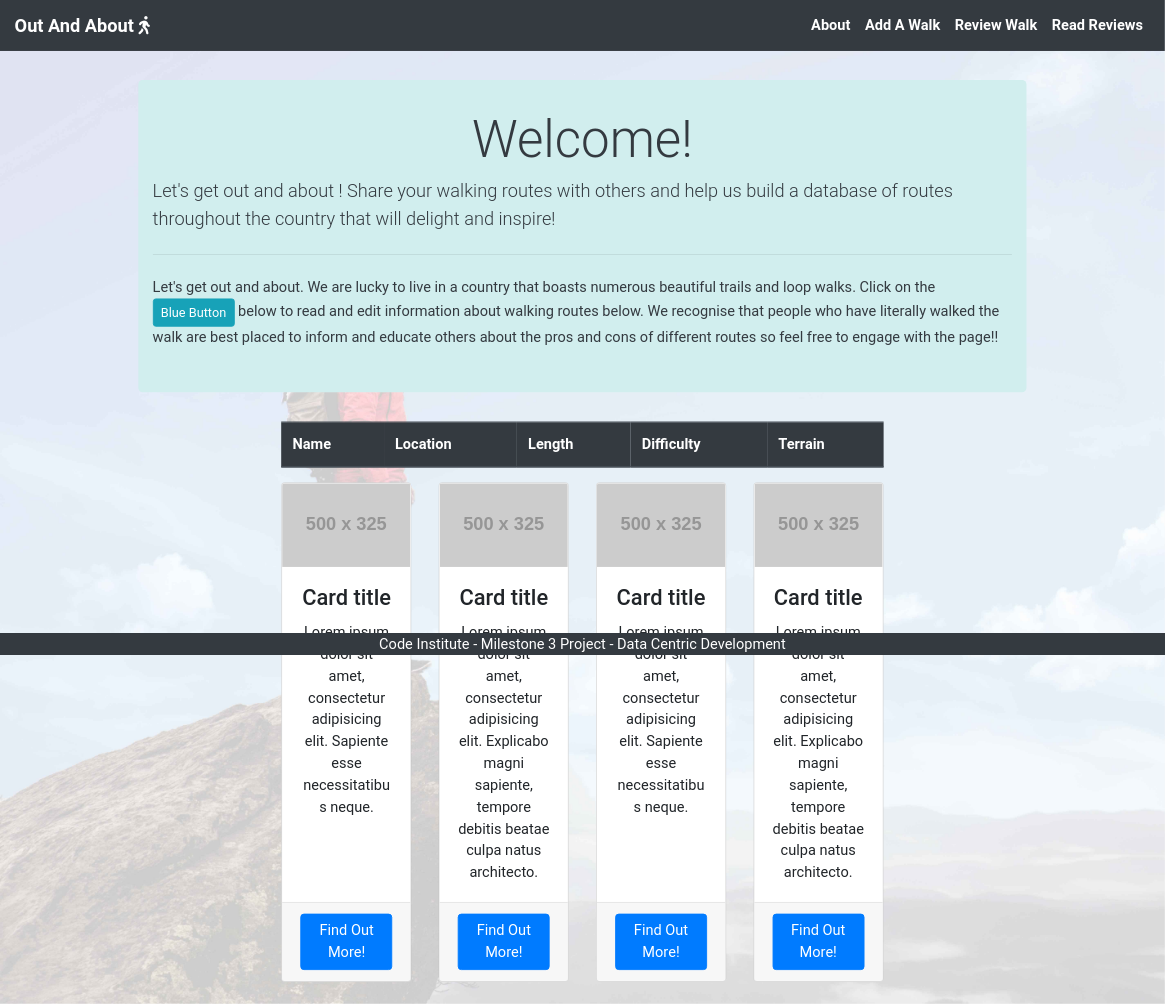
Repository: 5803emma/days-of-walking
Page: http://localhost/
The author's editor kept a record of every edit. The page is drawn from the files as they stood at one moment, then again after the next edit.
The browser window is 1280 px wide. The pictures show the whole page, at 91% of full size.
Some web libraries are served in a nearby version. The page is served by the project's application, run on Flask 3 (app.py). Queries for data that is not in the repository find no rows.

Above is the page before.

### templates/home.html
{% extends 'base.html'%} {% block content %}

<div class="container-fluid">

 <div class="row-welcome justify-content-center">
  <div class="col-12 text-dark">
   <div class="jumbotron">
    <h1 class="display-4">Welcome!</h1>
    <p class="lead">Let's get out and about ! Share your walking routes with others and help us build a database of routes throughout the country that will delight and inspire!</p>
    <hr class="my-4">
    <p>Let's get out and about. We are lucky to live in a country that boasts numerous beautiful trails and loop walks. Click on the <button type="button" class="btn btn-info btn-sm">Blue Button</button> below to read and edit information about walking routes below. We recognise that people who have literally walked the walk are best placed to inform and educate others about the pros and cons of different routes so feel free to engage with the page!!</p>
   </div>
  </div>
 </div>

 <div class="row justify-content-center">
  <div class="col-12 col-md-8 table-responsive table-data">
   <table class="table table-hover">
    <thead class="thead-dark">
     <tr>
      <th scope="col">Name</th>
      <th scope="col">Location</th>
      <th scope="col">Length</th>
      <th scope="col">Difficulty</th>
      <th scope="col">Terrain</th>
     </tr>
    </thead>
    <tbody>

     {% for walk in walks %}
     <tr>
      <td><a class="btn btn-info btn-sm" href="{{url_for('edit_walk', walk_id=walk._id)}}" role="button">{{walk.walk_name}}</a></td>
      <td>{{walk.walk_location}}</td>
      <td>{{walk.walk_length}}</td>
      <td>{{walk.walk_difficulty}}</td>
      <td>{{walk.walk_terrain}}</td>
     </tr>
     {% endfor %}
    </tbody>
   </table>

   <!-- Page Features -->
   <div class="row text-center">

    <div class="col-lg-3 col-md-6 mb-4">
     <div class="card h-100">
      <img class="card-img-top" src="http://placehold.it/500x325" alt="">
      <div class="card-body">
       <h4 class="card-title">Card title</h4>
       <p class="card-text">Lorem ipsum dolor sit amet, consectetur adipisicing elit. Sapiente esse necessitatibus neque.</p>
      </div>
      <div class="card-footer">
       <a href="#" class="btn btn-primary">Find Out More!</a>
      </div>
     </div>
    </div>

    <div class="col-lg-3 col-md-6 mb-4">
     <div class="card h-100">
      <img class="card-img-top" src="http://placehold.it/500x325" alt="">
      <div class="card-body">
       <h4 class="card-title">Card title</h4>
       <p class="card-text">Lorem ipsum dolor sit amet, consectetur adipisicing elit. Explicabo magni sapiente, tempore debitis beatae culpa natus architecto.</p>
      </div>
      <div class="card-footer">
       <a href="#" class="btn btn-primary">Find Out More!</a>
      </div>
     </div>
    </div>

    <div class="col-lg-3 col-md-6 mb-4">
     <div class="card h-100">
      <img class="card-img-top" src="http://placehold.it/500x325" alt="">
      <div class="card-body">
       <h4 class="card-title">Card title</h4>
       <p class="card-text">Lorem ipsum dolor sit amet, consectetur adipisicing elit. Sapiente esse necessitatibus neque.</p>
      </div>
      <div class="card-footer">
       <a href="#" class="btn btn-primary">Find Out More!</a>
      </div>
     </div>
    </div>

    <div class="col-lg-3 col-md-6 mb-4">
     <div class="card h-100">
      <img class="card-img-top" src="http://placehold.it/500x325" alt="">
      <div class="card-body">
       <h4 class="card-title">Card title</h4>
       <p class="card-text">Lorem ipsum dolor sit amet, consectetur adipisicing elit. Explicabo magni sapiente, tempore debitis beatae culpa natus architecto.</p>
      </div>
      <div class="card-footer">
       <a href="#" class="btn btn-primary">Find Out More!</a>
      </div>
     </div>
    </div>

   </div>
   <!-- /.row -->

  </div>
  {% endblock %}

### templates/base.html
<!DOCTYPE html>
<html>

<head>
    <link rel="stylesheet" href="https://stackpath.bootstrapcdn.com/bootstrap/4.4.1/css/bootstrap.min.css">
    <link rel="stylesheet" href="https://cdnjs.cloudflare.com/ajax/libs/font-awesome/5.12.0/css/all.min.css" />
    <link rel="stylesheet" href="{{ url_for('static', filename='css/style.css') }}" type="text/css" />
</head>

<body>
    <header>
        <nav class="navbar navbar-expand-md navbar-dark bg-dark home-logo-text">
            <a class="navbar-brand" href="{{url_for('get_walks')}}">Out And About <i
                    class="fas fa-walking"></i></a>
            <button class="navbar-toggler" type="button" data-toggle="collapse" data-target="#navbarNavAltMarkup" aria-controls="navbarNavAltMarkup" aria-expanded="false" aria-label="Toggle navigation">
                <span class="navbar-toggler-icon"></span>
            </button>
            <div class="collapse navbar-collapse" id="navbarNavAltMarkup">
                <div class="navbar-nav ml-auto">
                    <a class="nav-item nav-link" href="{{url_for('about')}}">About</a>
                    <a class="nav-item nav-link" href="{{url_for('add_new_walk')}}">Add A Walk</a>
                    <a class="nav-item nav-link" href="{{url_for('walk_review')}}">Review Walk</a>
                     <a class="nav-item nav-link" href="{{url_for('read_review')}}">Read Reviews</a>
                </div>
            </div>

        </nav>
    </header>

    <!-- Container for injected templates -->
    <div class="container-fluid">
        <div class="row justify-content-center">
            <div class="col-12 col-md-10 template-col">

    {% block content %} {% endblock %}

 <!-- Footer -->
  <footer class="bg-dark fixed-bottom">
    <div class="container-fluid">
      <p class="m-0 text-center text-white">Code Institute - Milestone 3 Project - Data Centric Development</p>
    </div>
    <!-- /.container -->
  </footer>

    <script src="https://code.jquery.com/jquery-3.4.1.slim.min.js"></script>
    <script src="https://cdn.jsdelivr.net/npm/popper.js@1.16.0/dist/umd/popper.min.js"></script>
    <script src="https://stackpath.bootstrapcdn.com/bootstrap/4.4.1/js/bootstrap.min.js"></script>
</body>

</html>

### app.py
import os
from flask import Flask, render_template, redirect, request, url_for
from flask_pymongo import PyMongo
from bson.objectid import ObjectId

app = Flask(__name__)

app.config["MONGO_DBNAME"] = 'walking_app'
app.config["MONGO_URI"] = 'mongodb+srv://root:johnbell@myfirstcluster-20lqh.mongodb.net/walking_app?retryWrites=true&w=majority'

mongo = PyMongo(app)

@app.route("/")
@app.route("/get_walks")
def get_walks():
    return render_template("home.html", walks=mongo.db.walks.find())

@app.route("/about")
def about():
    return render_template("about.html")


@app.route("/add_new_walk")
def add_new_walk():
    return render_template("add_walk.html")


@app.route("/insert_walk", methods=['POST'])
def insert_walk():
    walk = mongo.db.walks
    walk.insert_one(request.form.to_dict())
    return redirect(url_for('get_walks'))

# Update Information About Walk

@app.route("/edit_walk/<walk_id>")
def edit_walk(walk_id):
    the_walk = mongo.db.walks.find_one({"_id": ObjectId(walk_id)})
    return render_template("update_walk.html", walk=the_walk)

@app.route("/update_walk/<walk_id>", methods=["POST"])
def update_walk(walk_id):
    walk = mongo.db.walks
    walk.update({'_id': ObjectId(walk_id)}, {
        'walk_name' : request.form.get('walk_name'),
        'walk_location' : request.form.get('walk_location'),
        'walk_length' : request.form.get('walk_length'),
        'walk_difficulty' : request.form.get('walk_difficulty'),
        'walk_terrain' : request.form.get('walk_terrain')
    })
    return redirect(url_for('get_walks'))

# Delete Option

@app.route("/delete_walk/<walk_id>")
def delete_walk(walk_id):
    mongo.db.walks.remove({'_id': ObjectId(walk_id)})
    return redirect(url_for('get_walks'))

@app.route("/leave_review")
def walk_review():
    return render_template("walk_review.html", walks=mongo.db.walks.find())

# Sends the data that the user inserts to the database

@app.route("/walk_review", methods=['POST'])
def insert_review():
    review = mongo.db.reviews
    review.insert_one(request.form.to_dict())
    return redirect(url_for('walk_review'))


@app.route("/read_review")
def read_review():
    return render_template("read_reviews.html", reviews=mongo.db.reviews.find())

if __name__ == "__main__":
    app.run(host=os.environ.get("IP"),
    port=int(os.environ.get("PORT")),
    debug=True)

### static/css/style.css
body {
  background-image: url(../images/bg-image.jpg);
  background-color: #FAFAFA;
  background-repeat: no-repeat;
  background-size: cover;
  font-family: 'Roboto', sans-serif;
}

.navbar-dark .navbar-brand {
    color: #fff;
    font-weight: bold;
}

.navbar-dark .navbar-nav .nav-link {
    color: #fff;
    font-weight: bold;
}

h1, h2 {
  text-align: center;
}

.jumbotron {
    margin-top: 2rem;
    padding: 2rem 1rem;
    margin-bottom: 2rem;
    background-color: #D1EEEE;
    border-radius: .3rem;
}

After the next edit:
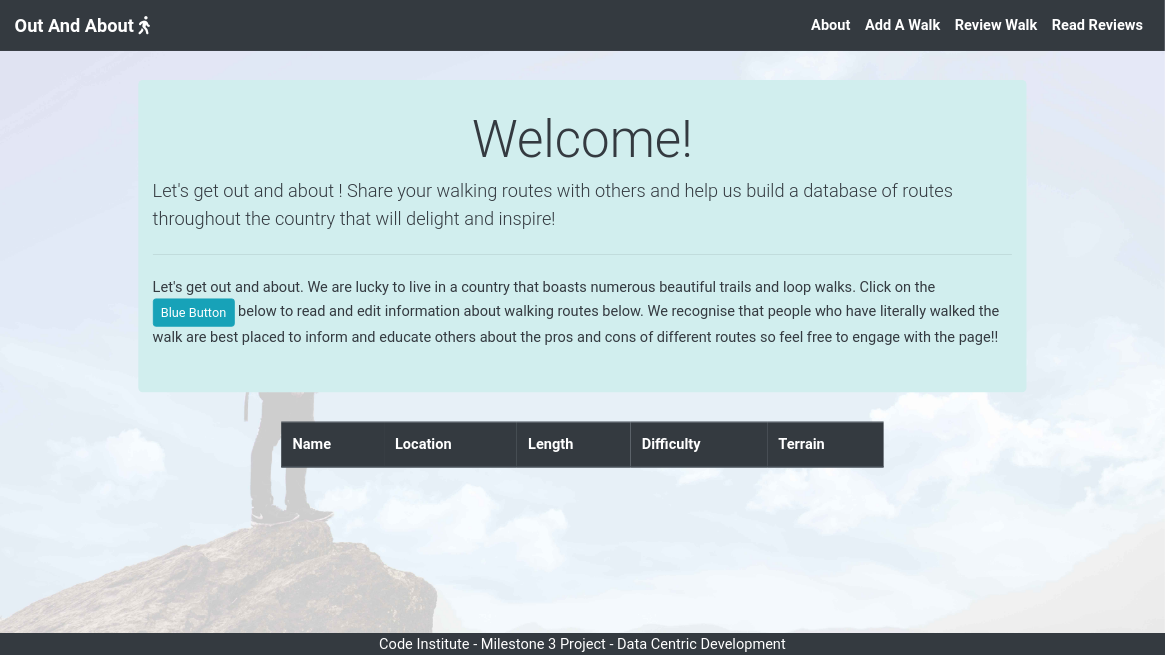
The edit:
--- a/templates/home.html
+++ b/templates/home.html
@@ -39,63 +39,6 @@
     </tbody>
    </table>
 
-   <!-- Page Features -->
-   <div class="row text-center">
-
-    <div class="col-lg-3 col-md-6 mb-4">
-     <div class="card h-100">
-      <img class="card-img-top" src="http://placehold.it/500x325" alt="">
-      <div class="card-body">
-       <h4 class="card-title">Card title</h4>
-       <p class="card-text">Lorem ipsum dolor sit amet, consectetur adipisicing elit. Sapiente esse necessitatibus neque.</p>
-      </div>
-      <div class="card-footer">
-       <a href="#" class="btn btn-primary">Find Out More!</a>
-      </div>
-     </div>
-    </div>
-
-    <div class="col-lg-3 col-md-6 mb-4">
-     <div class="card h-100">
-      <img class="card-img-top" src="http://placehold.it/500x325" alt="">
-      <div class="card-body">
-       <h4 class="card-title">Card title</h4>
-       <p class="card-text">Lorem ipsum dolor sit amet, consectetur adipisicing elit. Explicabo magni sapiente, tempore debitis beatae culpa natus architecto.</p>
-      </div>
-      <div class="card-footer">
-       <a href="#" class="btn btn-primary">Find Out More!</a>
-      </div>
-     </div>
-    </div>
-
-    <div class="col-lg-3 col-md-6 mb-4">
-     <div class="card h-100">
-      <img class="card-img-top" src="http://placehold.it/500x325" alt="">
-      <div class="card-body">
-       <h4 class="card-title">Card title</h4>
-       <p class="card-text">Lorem ipsum dolor sit amet, consectetur adipisicing elit. Sapiente esse necessitatibus neque.</p>
-      </div>
-      <div class="card-footer">
-       <a href="#" class="btn btn-primary">Find Out More!</a>
-      </div>
-     </div>
-    </div>
-
-    <div class="col-lg-3 col-md-6 mb-4">
-     <div class="card h-100">
-      <img class="card-img-top" src="http://placehold.it/500x325" alt="">
-      <div class="card-body">
-       <h4 class="card-title">Card title</h4>
-       <p class="card-text">Lorem ipsum dolor sit amet, consectetur adipisicing elit. Explicabo magni sapiente, tempore debitis beatae culpa natus architecto.</p>
-      </div>
-      <div class="card-footer">
-       <a href="#" class="btn btn-primary">Find Out More!</a>
-      </div>
-     </div>
-    </div>
-
-   </div>
-   <!-- /.row -->
 
   </div>
   {% endblock %}
